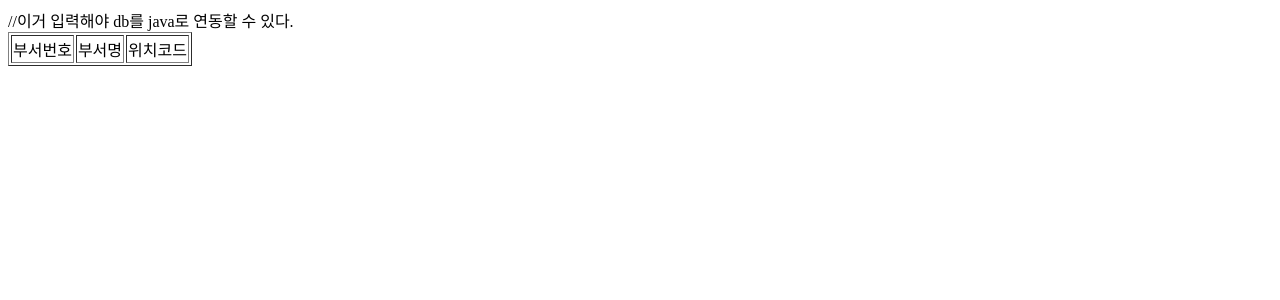
Repository: SuYOUNGgg/JavaStudy
Page: http://localhost/TestWeb13/list.jsp
These files come from the project's save history. The page is drawn as it stood at one moment and after the next save; the edit follows.
The browser window is 1280 px wide. The pictures show the whole page.
The page is served by Tomcat 9. Queries for data that is not in the repository find no rows.

Above is the page before, as saved 2020-05-19 06:21:55.

### JavaProgramming/~0520/TestWeb13/WebContent/list.jsp
<%@ page language="java" contentType="text/html; charset=UTF-8"
    pageEncoding="UTF-8"%>
<%@ page import="java.sql.*" %> //이거 입력해야 db를 java로 연동할 수 있다.
<%
	Class.forName("oracle.jdbc.driver.OracleDriver");
	String url ="jdbc:oracle:thin:@localhost:1521:company";
	Connection conn = DriverManager.getConnection(url, "scott", "1234");
	String strSql = "SELECT * FROM DEPT";
	PreparedStatement stmt = conn.prepareStatement(strSql);
	ResultSet rs = stmt.executeQuery();

%>
<!DOCTYPE html PUBLIC "-//W3C//DTD HTML 4.01 Transitional//EN" "http://www.w3.org/TR/html4/loose.dtd">
<html>
<head>
<meta http-equiv="Content-Type" content="text/html; charset=UTF-8">
<title>DEPT LIST</title>
</head>
<body>
	<table border="1">
	<tr>
		<td>부서번호</td><td>부서명</td><td>위치코드</td>
	</tr>
	<%
	while(rs.next()) {

	%>
		<tr>
			<td><%=rs.getInt("DEPT_ID") %></td>
			<td><%=rs.getString("DEPT_NAME") %></td>
			<td><%=rs.getInt("LOC_ID") %></td>
		</tr>
	<% } %>
	</table>


</body>
</html>

After the next save:
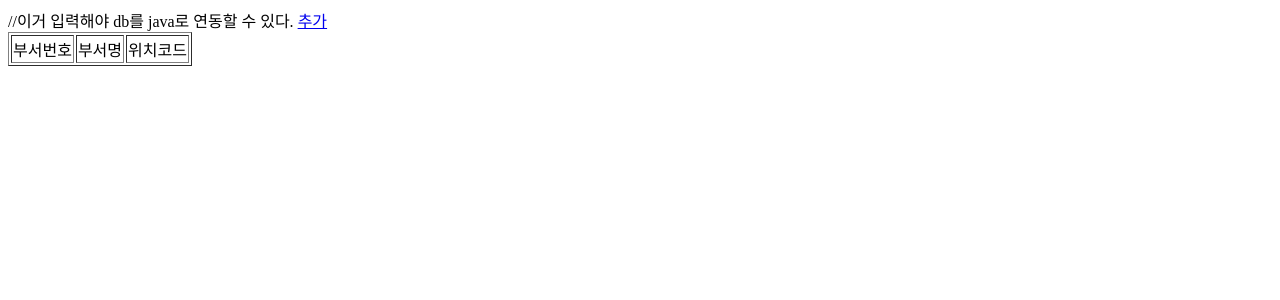
Saved 44 s later.
--- a/JavaProgramming/~0520/TestWeb13/WebContent/list.jsp
+++ b/JavaProgramming/~0520/TestWeb13/WebContent/list.jsp
@@ -17,6 +17,7 @@
 <title>DEPT LIST</title>
 </head>
 <body>
+	<a href="insert.jsp">추가</a>
 	<table border="1">
 	<tr>
 		<td>부서번호</td><td>부서명</td><td>위치코드</td>
